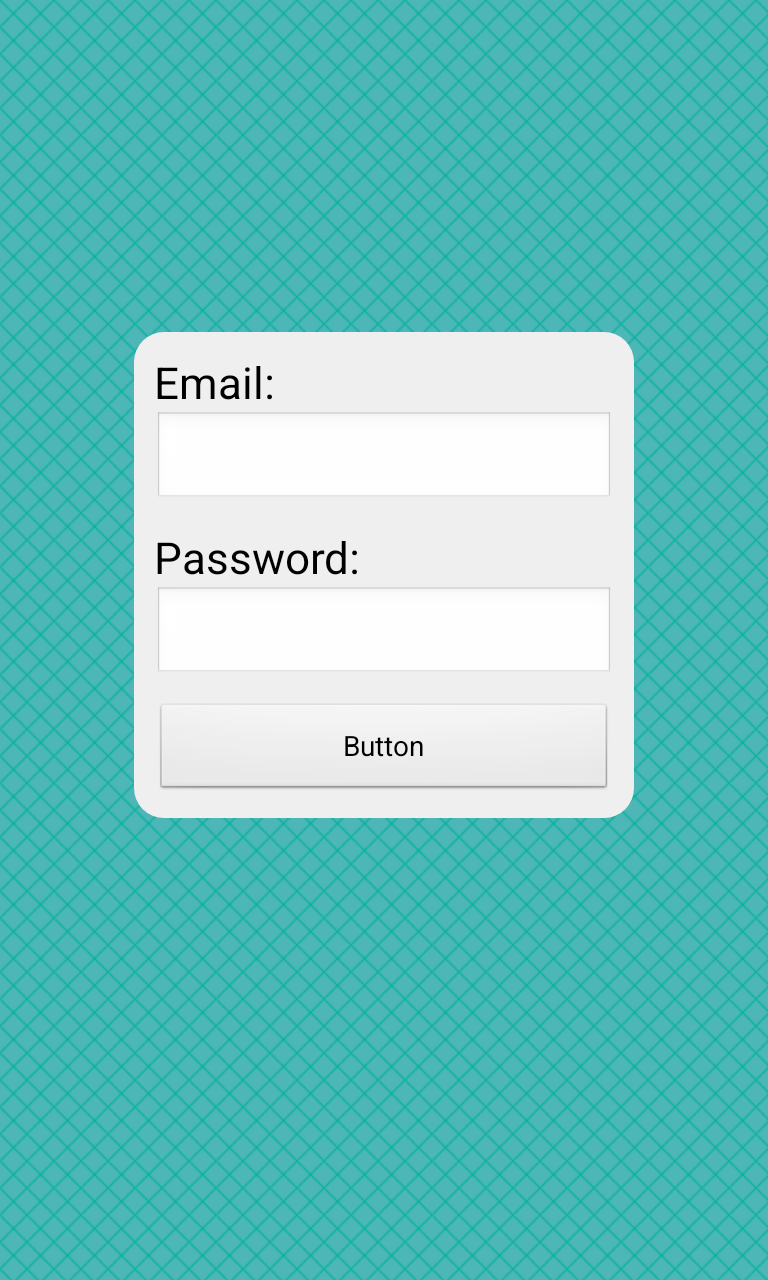
Repository: ppamorim/Coderock-X
Layout: workspace-Android/teste1/res/layout/activity_login.xml
The author's editor kept a copy of each file at every save. The layout is drawn from the files as they stood at one save, then again after the next save.
It is drawn on a 768 x 1280 px phone screen (xhdpi) without system bars, with theme android:Theme.NoTitleBar; the app's code is not run.

Above is the layout before, as saved 2014-01-05 06:08:43.

After the next save:
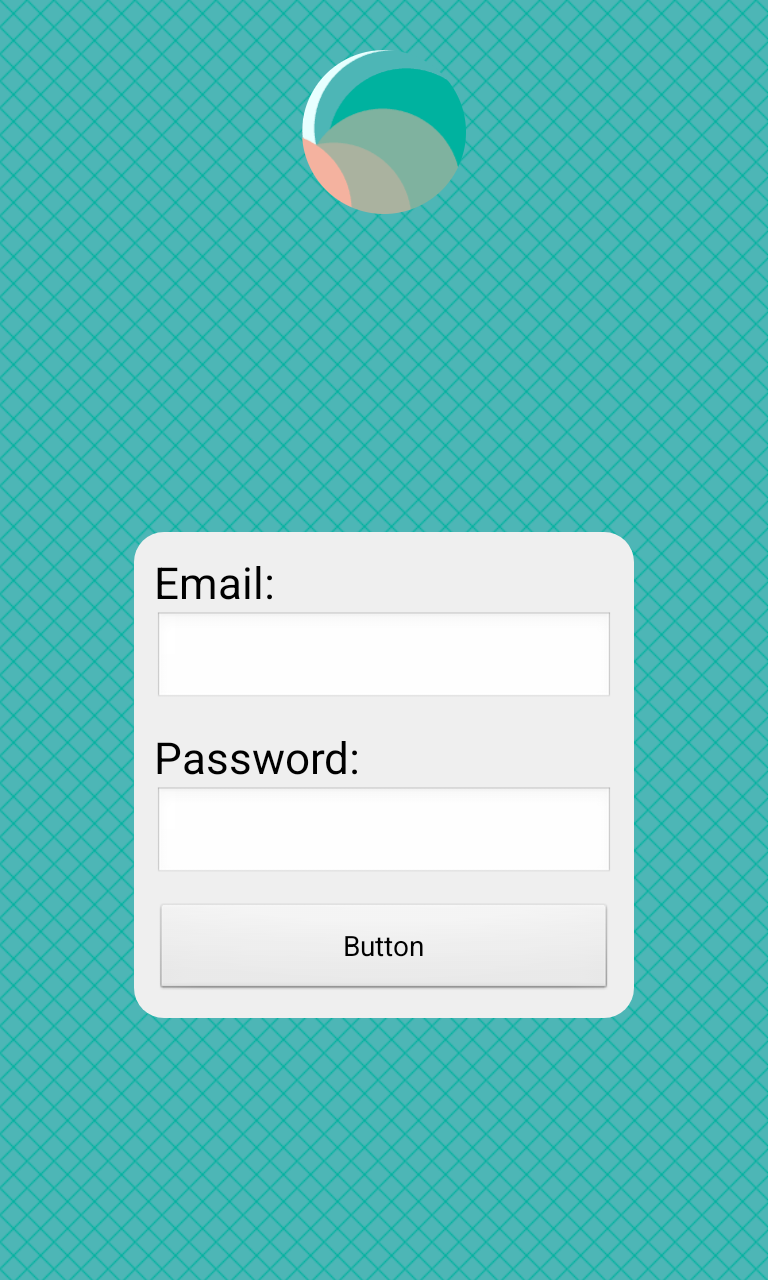
Saved 26 s later.
--- a/workspace-Android/teste1/res/layout/activity_login.xml
+++ b/workspace-Android/teste1/res/layout/activity_login.xml
@@ -20,6 +20,13 @@
         android:layout_weight="0.18"
         android:background="@layout/rounded" />-->
 
+<ImageView
+        android:layout_width="fill_parent"
+        android:layout_height="200px"
+        android:contentDescription="@string/app_name"
+        android:scaleType="centerInside"
+        android:src="@drawable/splash" />
+
     <FrameLayout
         android:layout_width="250dp"
         android:layout_height="wrap_content"
@@ -27,12 +34,7 @@
 
         android:layout_marginTop="150dp">
 
-        <ImageView
-        android:layout_width="200px"
-        android:layout_height="200px"
-        android:contentDescription="@string/app_name"
-        android:scaleType="centerInside"
-        android:src="@drawable/splash" />
+
 
         <LinearLayout
             android:layout_width="match_parent"
